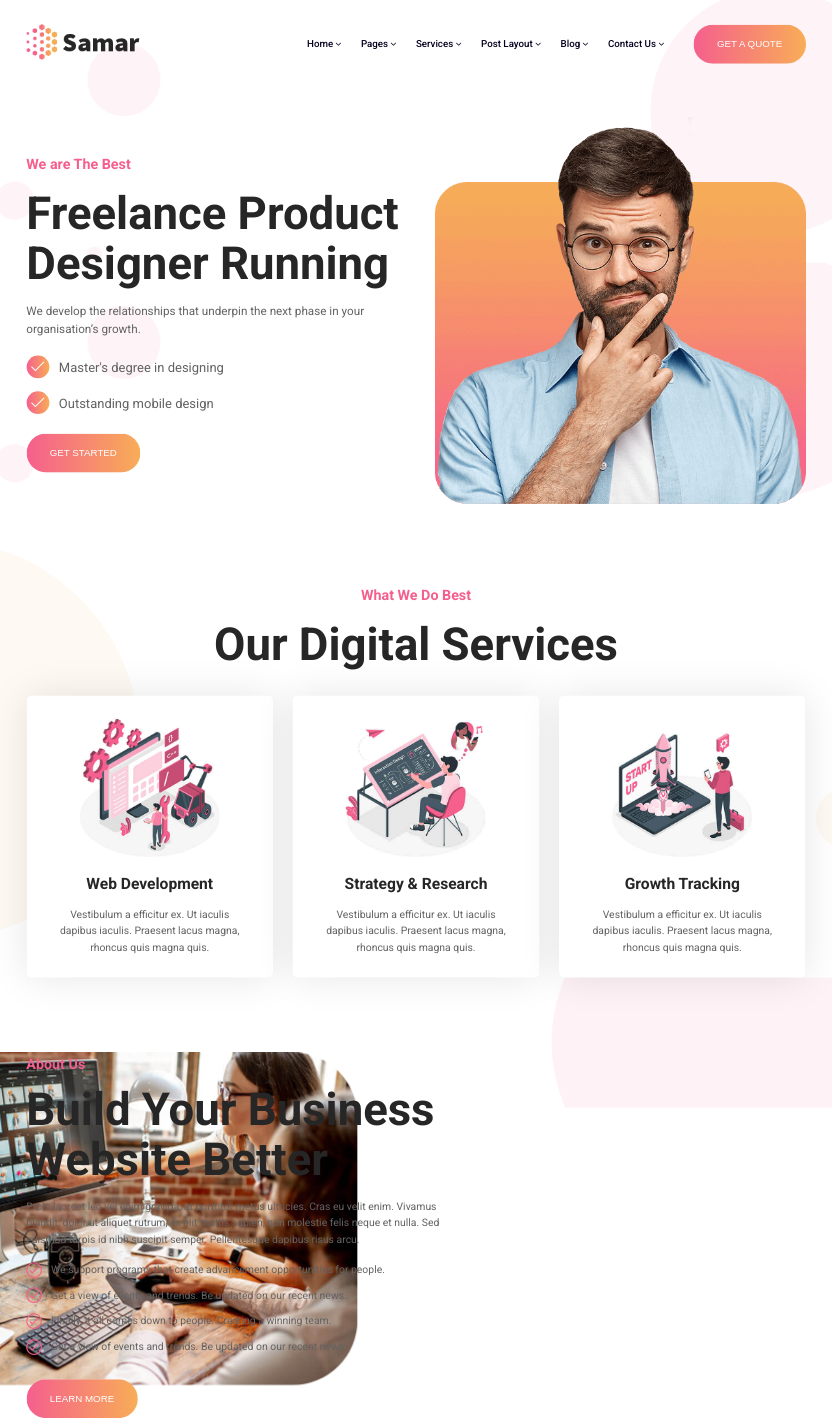
Repository: ducdatit2002/samar
Page: index.html
An editor plug-in stored every save of this project. The page is shown before and after the next save, followed by the edit.
The browser window is 1280 px wide. The pictures show the whole page, at 65% of full size.

Above is the page before, as saved 2023-07-27 09:17:00.

After the next save:
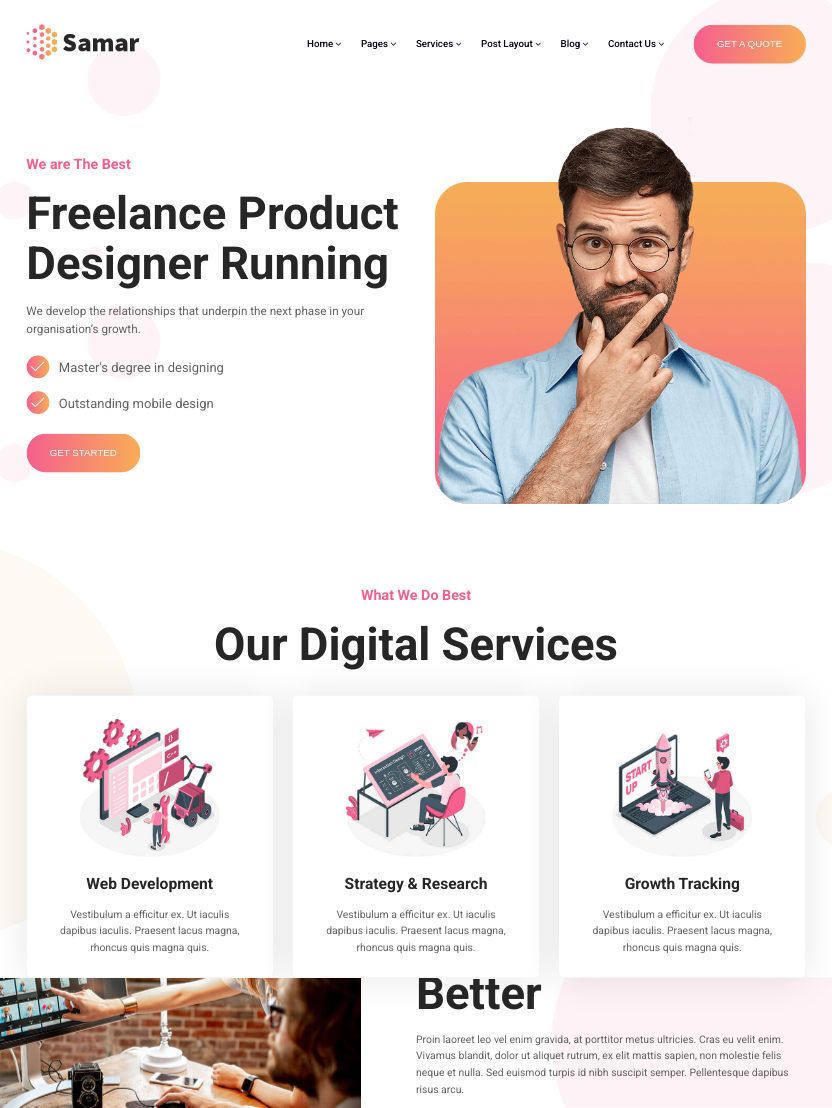
Saved 17 s later.
--- a/index.css
+++ b/index.css
@@ -194,7 +194,7 @@ header {
     padding-bottom: 85px;
     overflow: hidden;
 }
-.aboutUs_content {
+.aboutUs__content {
     display: flex;
     justify-content: flex-end;
     align-items: center;
